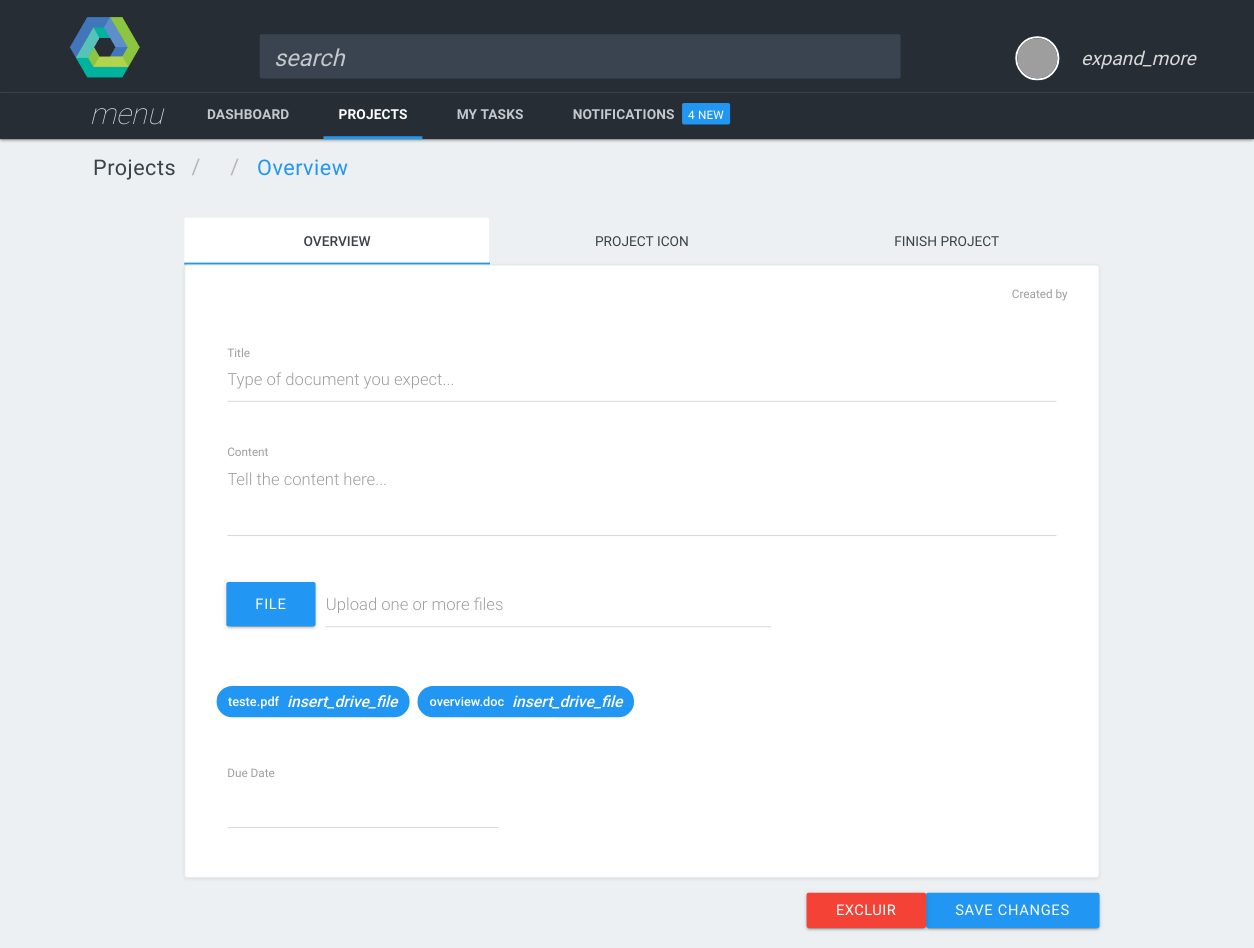
Repository: RenanChagas/ProjectManagement
Page: http://localhost/finalproject/WEB-INF/views/projectDetail.jsp
An editor plug-in stored every save of this project. The page is shown before and after the next save, followed by the edit.
The browser window is 1280 px wide. The pictures show the whole page, at 98% of full size.
Pictures or frames that could not be fetched are drawn as grey boxes. The page is served by Tomcat 9. Nobody is signed in. The template is opened directly, without the code that normally fills it, so the values that code supplies are empty.

Above is the page before, as saved 2017-09-12 03:42:03.

After the next save:
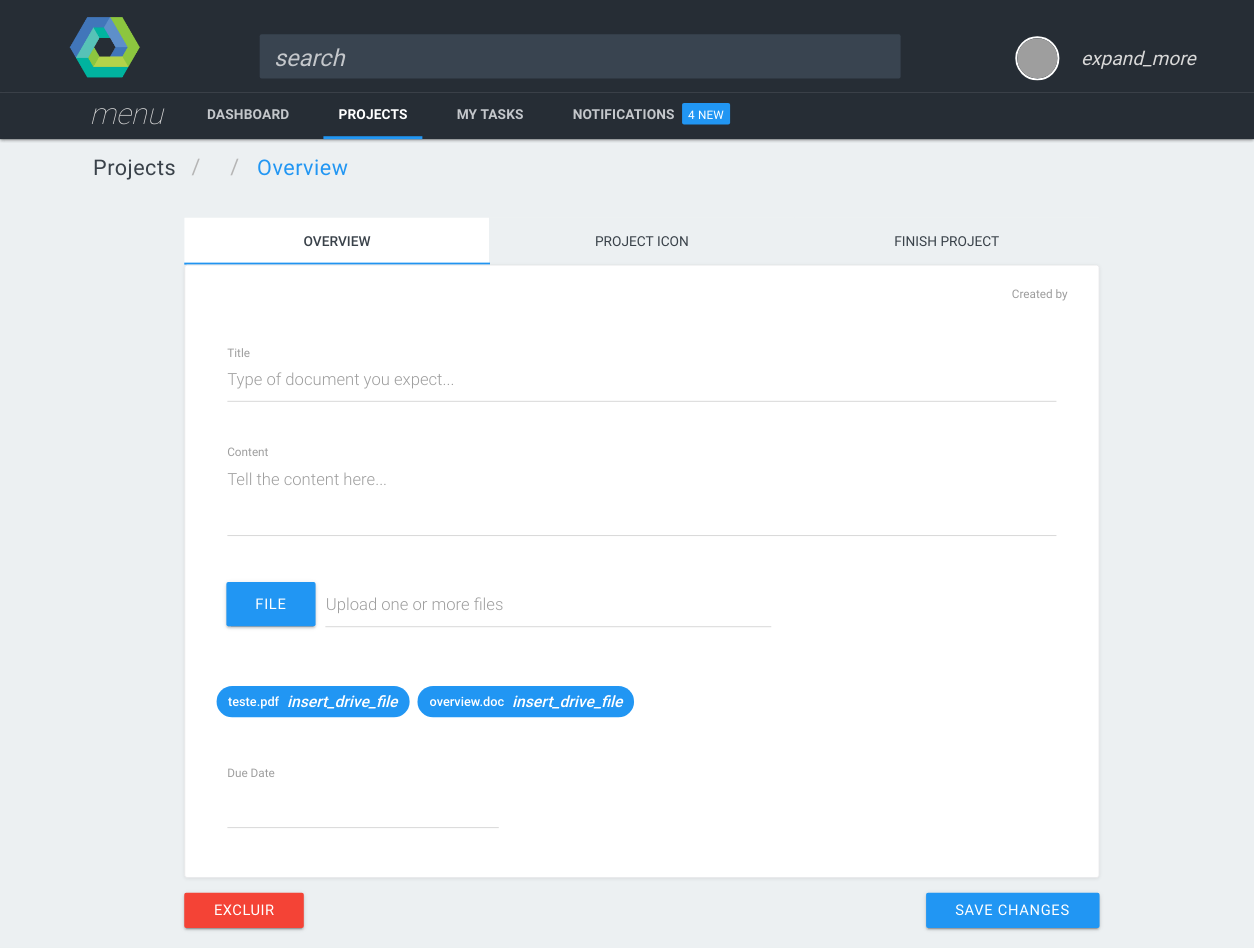
Saved 27 s later.
--- a/finalproject/src/main/webapp/WEB-INF/views/projectDetail.jsp
+++ b/finalproject/src/main/webapp/WEB-INF/views/projectDetail.jsp
@@ -491,7 +491,7 @@
 	        Save Changes
 	        </button>
 	       	<a  href=""
-				class="waves-effect waves-light btn red right">Excluir</a>
+				class="waves-effect waves-light btn red left">Excluir</a>
         </div>
         <!-- CONTEUDO -->
 	</div>
